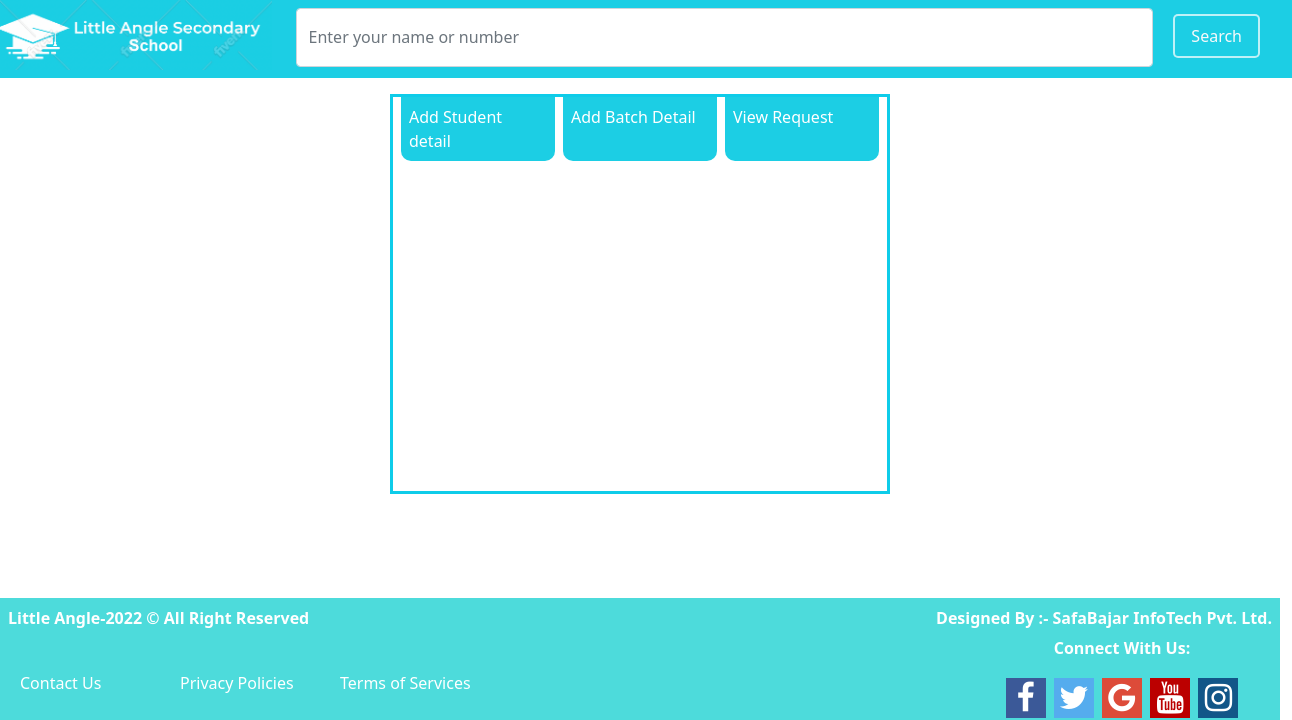
Repository: Sjuicyy/School-Project
Page: home2.html
An editor plug-in stored every save of this project. The page is shown before and after a run of saves, followed by the edit.
The browser window is 1280 px wide. The page is 1292 px wide, so the pictures cover 1292 px, including what lies to the right of the window. The pictures show the whole page.

Above is the page before, as saved 2022-09-18 14:40:10.

After the next 2 saves:
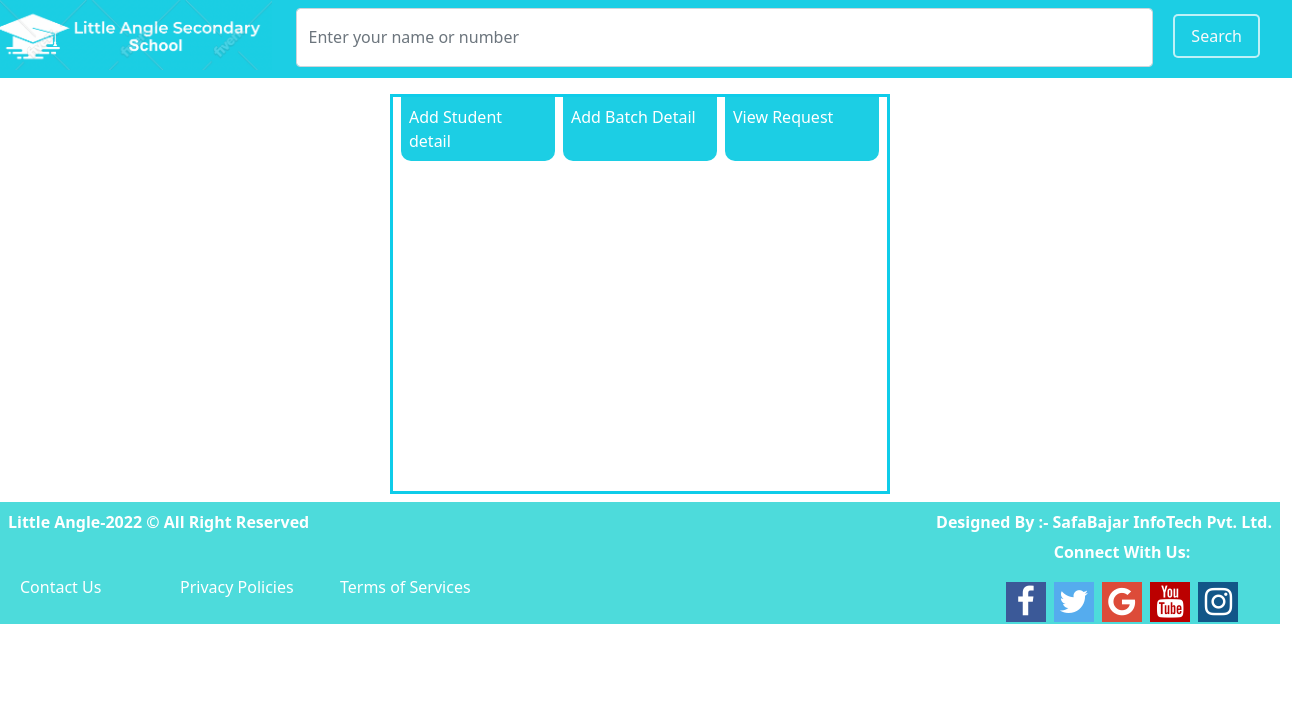
The 2 saves are shown as one change because they came seconds apart.
The last was saved 59 s later.
--- a/home2.html
+++ b/home2.html
@@ -133,7 +133,7 @@
     <title>Little Angle School</title>
 </head>
 
-<body class="d-flex flex-column min-vh-100">
+<body class="d-flex flex-column min-vh-">
     <!-- heading start -->
         <div class="row row0 color">
             <div class="col-3">

After the save that followed:
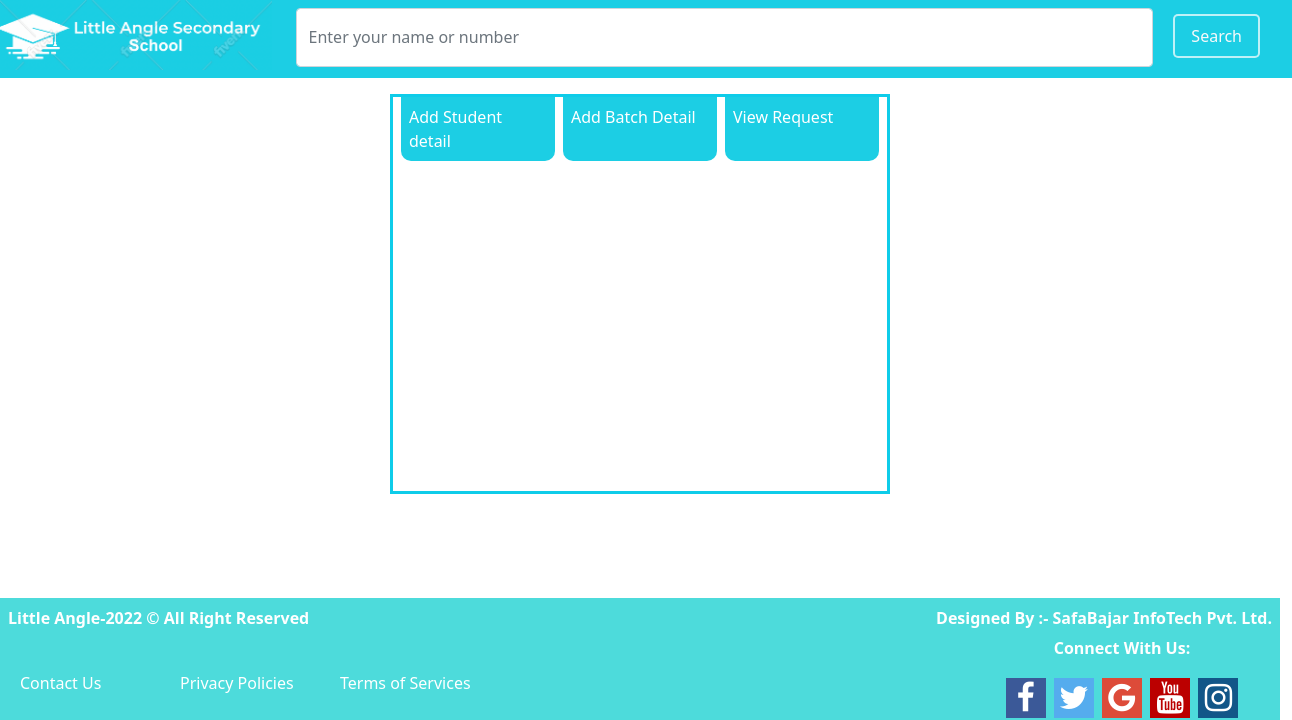
Saved 4 s later.
--- a/home2.html
+++ b/home2.html
@@ -133,7 +133,7 @@
     <title>Little Angle School</title>
 </head>
 
-<body class="d-flex flex-column min-vh-">
+<body class="d-flex flex-column min-vh-100">
     <!-- heading start -->
         <div class="row row0 color">
             <div class="col-3">
